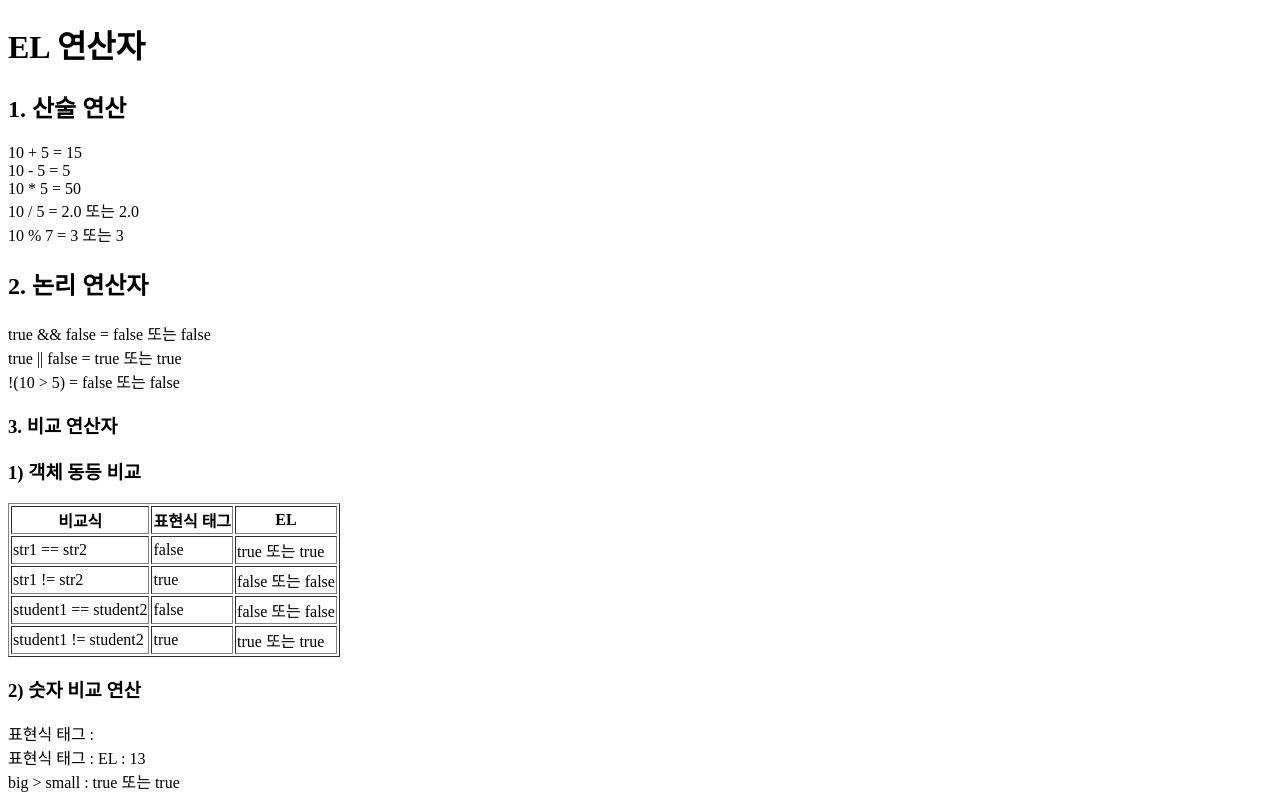
Repository: Parknogyung/Backend
Page: http://localhost/03_EL_JSTL/views/el/elOperators.jsp
These files come from the project's save history. The page is drawn as it stood at one moment and after the next save; the edit follows.
The browser window is 1280 px wide. The pictures show the whole page.
The page is served by Tomcat 9.

Above is the page before, as saved 2022-07-12 05:07:10.

After the next save:
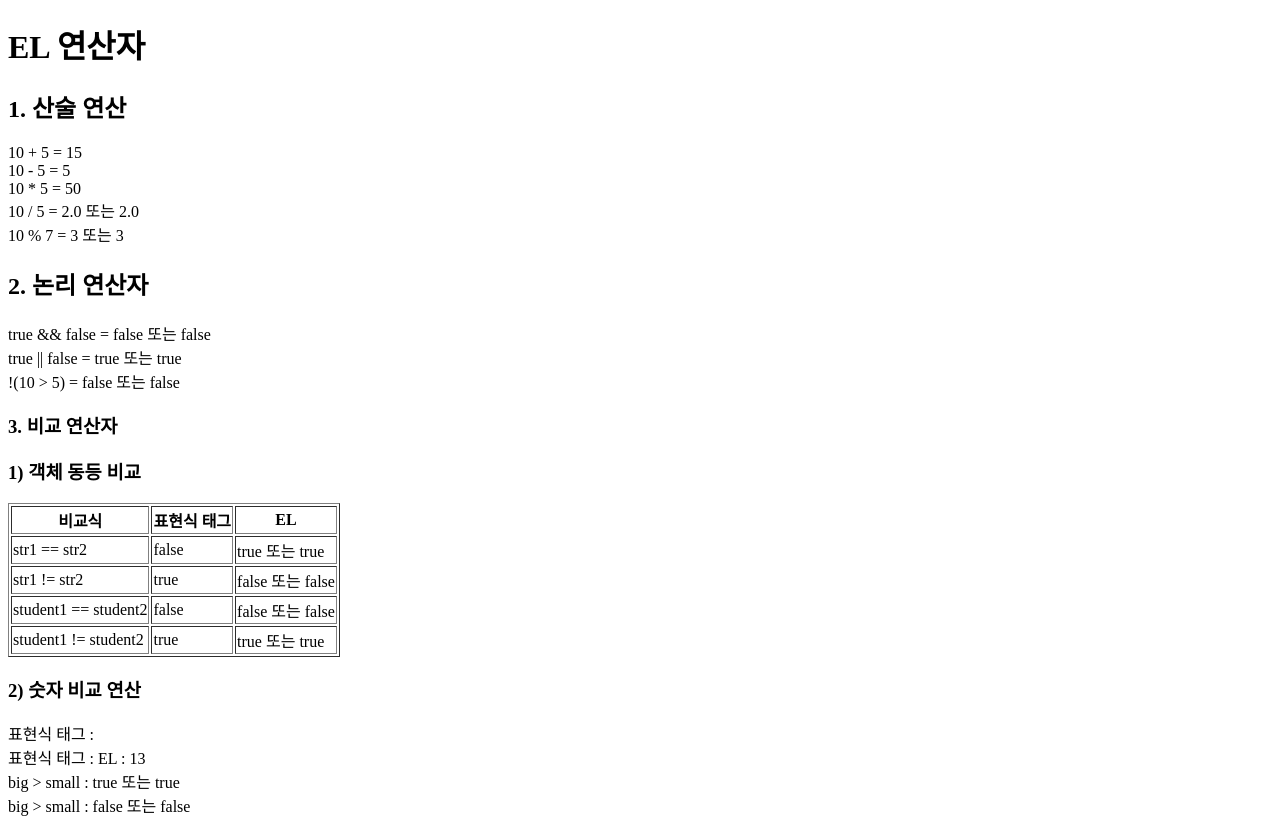
Saved 29 s later.
--- a/03_EL_JSTL/src/main/webapp/views/el/elOperators.jsp
+++ b/03_EL_JSTL/src/main/webapp/views/el/elOperators.jsp
@@ -92,6 +92,7 @@
 
 	<!-- 자동 형 변환으로 인해서 비교 연산도 가능하다. -->
 	big > small : ${ big > small } 또는 ${ big gt small } <br>
+	big > small : ${ big < small } 또는 ${ big lt small } <br>
 
 
 </body>
